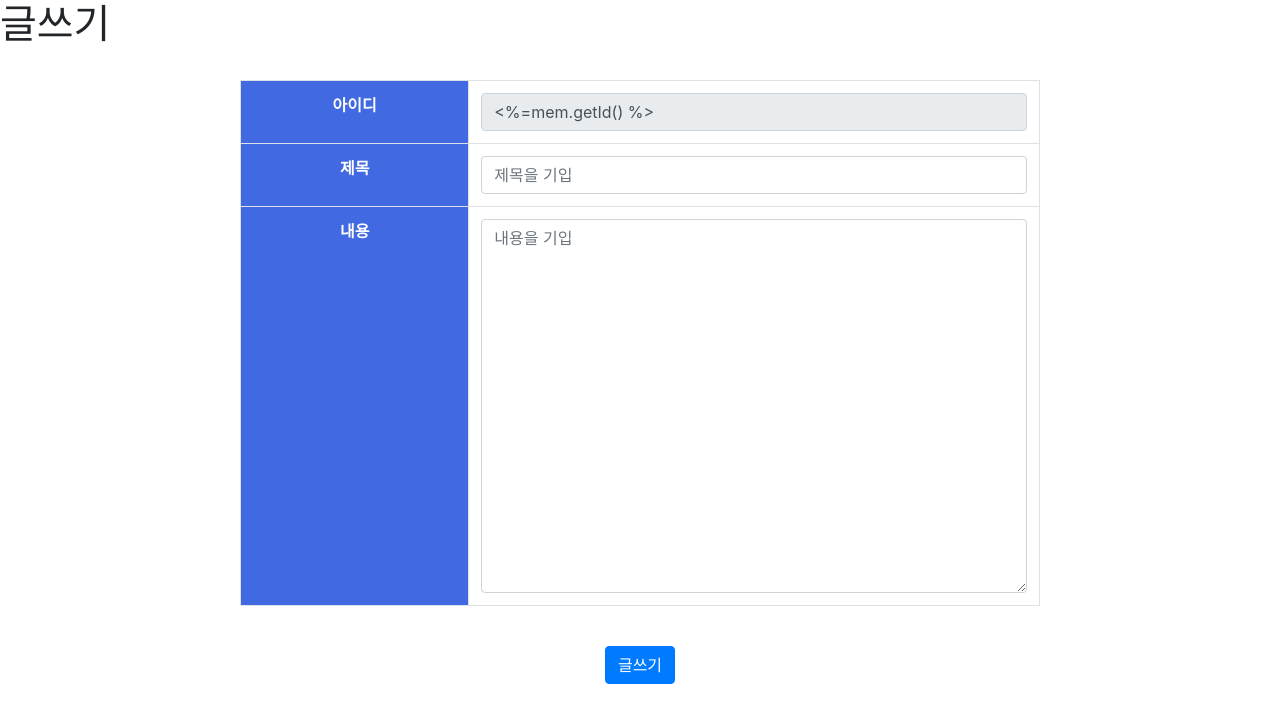
Repository: suhong99/SpringBootFront
Page: FrontSample/src/main/webapp/bbswrite.html
An editor plug-in stored every save of this project. The page is shown before and after the next save, followed by the edit.
The browser window is 1280 px wide. The pictures show the whole page.

Above is the page before, as saved 2023-08-04 02:07:56.
Console error: TypeError: Cannot read properties of null (reading 'id')

### FrontSample/src/main/webapp/bbswrite.html
<!DOCTYPE html>
<html>
<head>
<meta charset="UTF-8">
<title>게시판 글쓰기</title>
<meta name="viewport" content="width=device-width, initial-scale=1">
<link rel="stylesheet" href="https://cdn.jsdelivr.net/npm/bootstrap@4.6.2/dist/css/bootstrap.min.css">
<script src="https://cdn.jsdelivr.net/npm/jquery@3.6.4/dist/jquery.slim.min.js"></script>
<script src="https://cdn.jsdelivr.net/npm/popper.js@1.16.1/dist/umd/popper.min.js"></script>
<script src="https://cdn.jsdelivr.net/npm/bootstrap@4.6.2/dist/js/bootstrap.bundle.min.js"></script>

<script src="https://ajax.googleapis.com/ajax/libs/jquery/3.6.4/jquery.min.js"></script>

<style type="text/css">
.center{
	margin: auto;
	width: 800px;
	text-align: center;
}
th{
	background: royalblue;
	color: white;
}
</style>
</head>
<body>
<script type="text/javascript">

// console.log(sessionStorage.getItem("login")); //문자값으로 들어옴
// console.log(JSON.parse(sessionStorage.getItem("login")).id); // id추출
const myId= JSON.parse(sessionStorage.getItem("login")).id;
</script>
<h1>글쓰기</h1>
<br>

<div class="center">


<table class="table table-bordered">
<col width="200"><col width="500">

<tr>
	<th>아이디</th>
	<td>
		<input type="text" name="id" class="form-control" value="<%=mem.getId() %>" readonly="readonly">
	</td>
</tr>
<tr>
	<th>제목</th>
	<td>
		<input type="text" id="title" name="title" class="form-control"placeholder="제목을 기입">
	</td>
</tr>

<tr>
	<th>내용</th>
	<td>
		<textarea rows="15" cols="50" class="form-control" id="content" name="content" placeholder="내용을 기입"></textarea>
	</td>
</tr>

</table>
<br>
<!-- <input type="submit" value="글쓰기"> -->
<button type="button" class="btn btn-primary">글쓰기</button>

</div>

<script type="text/javascript">
$(document).ready(function(){

	$("button").click(function(){
		// 제목이 비었는지?
		if( $("#title").val().trim() == ""){
			alert("제목을 기입해 주십시오");
			return;
		}
		// 내용이 비었는지?
		if( $("#content").val().trim() == "" ){
			alert("내용을 기입해 주십시오");
			return;
		}

		$("#frm").attr("action", "bbswriteAf.do").submit();
	});

});
</script>


</body>
</html>

After the next save:
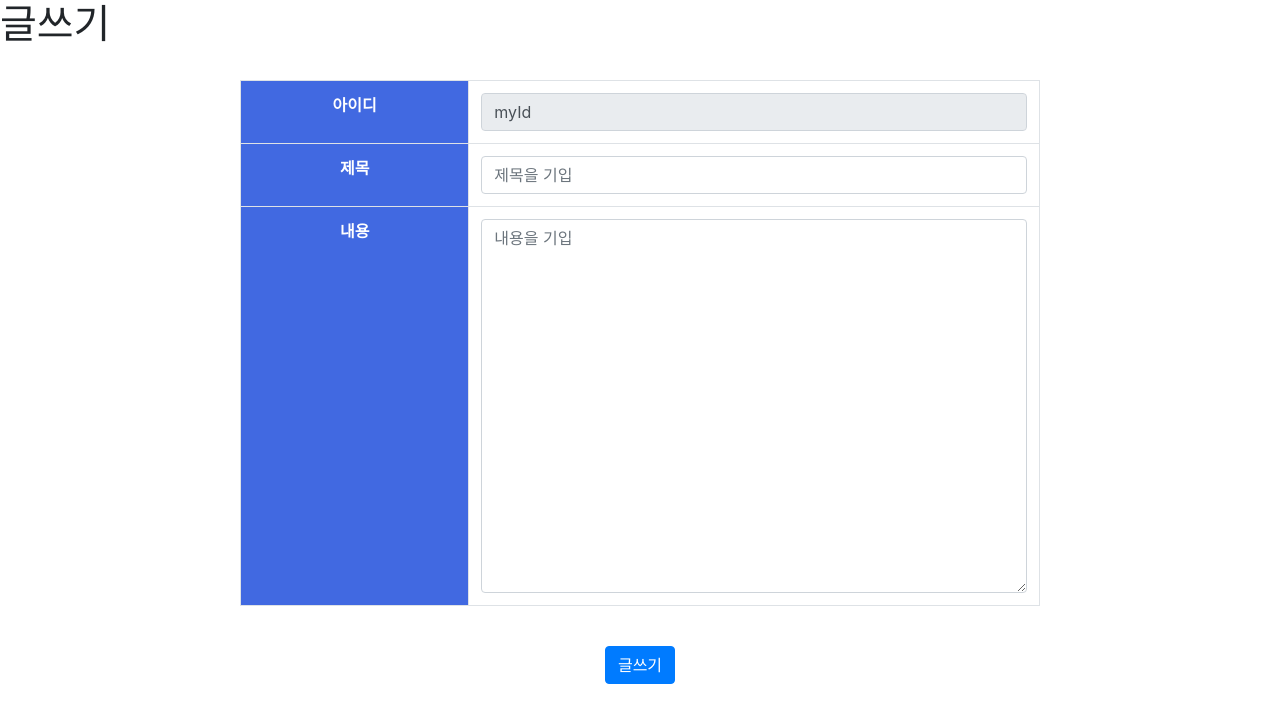
Saved 11 s later.
--- a/FrontSample/src/main/webapp/bbswrite.html
+++ b/FrontSample/src/main/webapp/bbswrite.html
@@ -42,7 +42,7 @@ const myId= JSON.parse(sessionStorage.getItem("login")).id;
 <tr>
 	<th>아이디</th>
 	<td>
-		<input type="text" name="id" class="form-control" value="<%=mem.getId() %>" readonly="readonly">
+		<input type="text" name="id" class="form-control" value=myId readonly="readonly">
 	</td>
 </tr>
 <tr>
